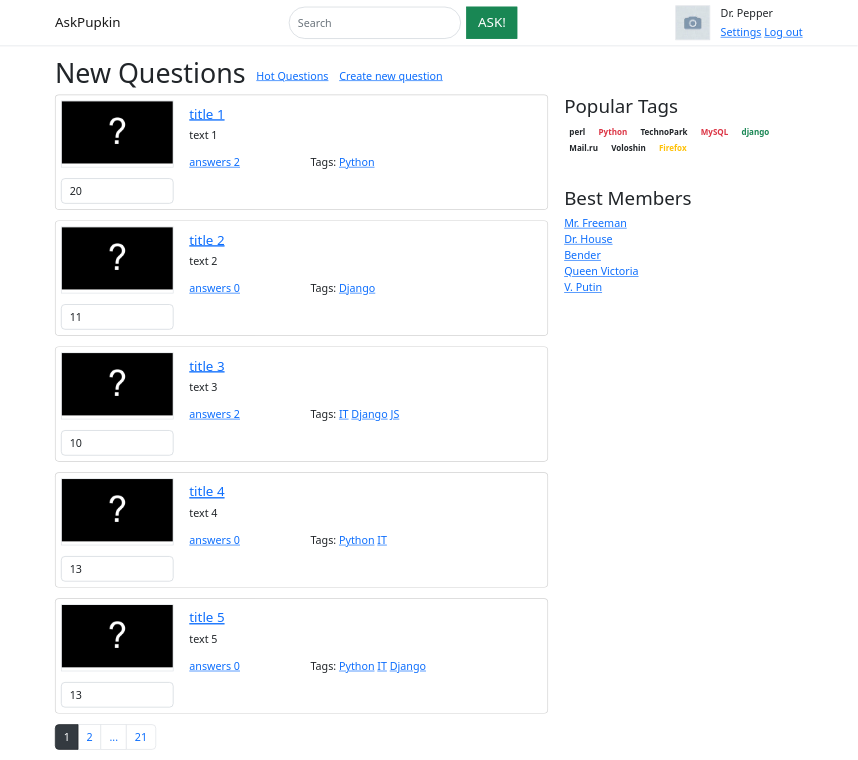
Repository: MiniDan21/askme_molchanov_django
Page: http://localhost/
These files come from the project's save history. The page is drawn as it stood at one moment and after the next save; the edit follows.
The browser window is 1280 px wide. The pictures show the whole page, at 67% of full size.
The page is served by the project's application, run on Django 5.2 (manage.py).

Above is the page before, as saved 2024-04-10 11:52:49.

After the next save:
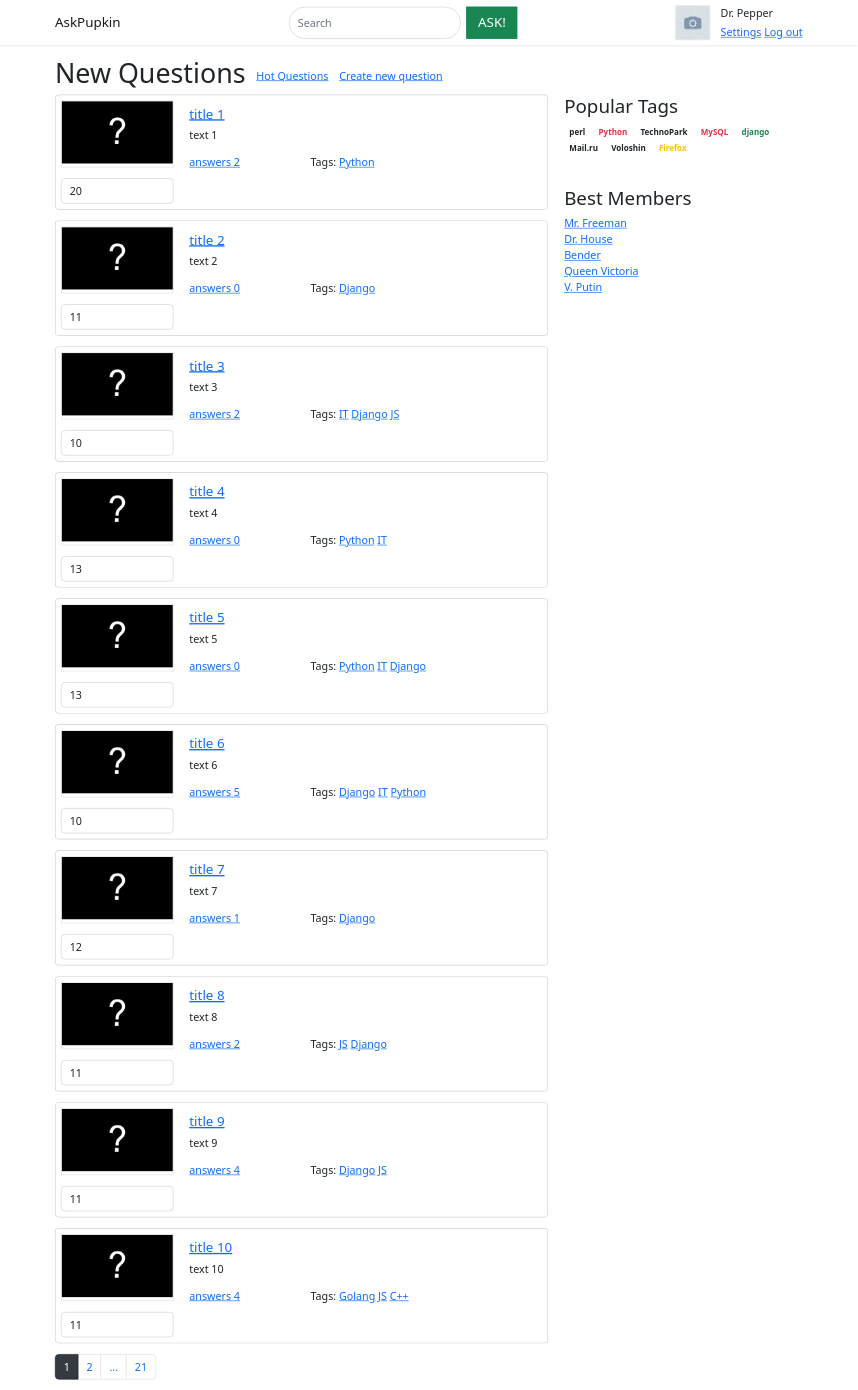
Saved 61 s later.
--- a/app/views.py
+++ b/app/views.py
@@ -26,7 +26,7 @@ def paginate(
         content: Dict = {}
     ):
     page_num = request.GET.get('page', 1)
-    paginator = Paginator(object_list, 5)
+    paginator = Paginator(object_list, per_page)
     try:
         page_obj = paginator.page(page_num)
         content['questions'] = page_obj
